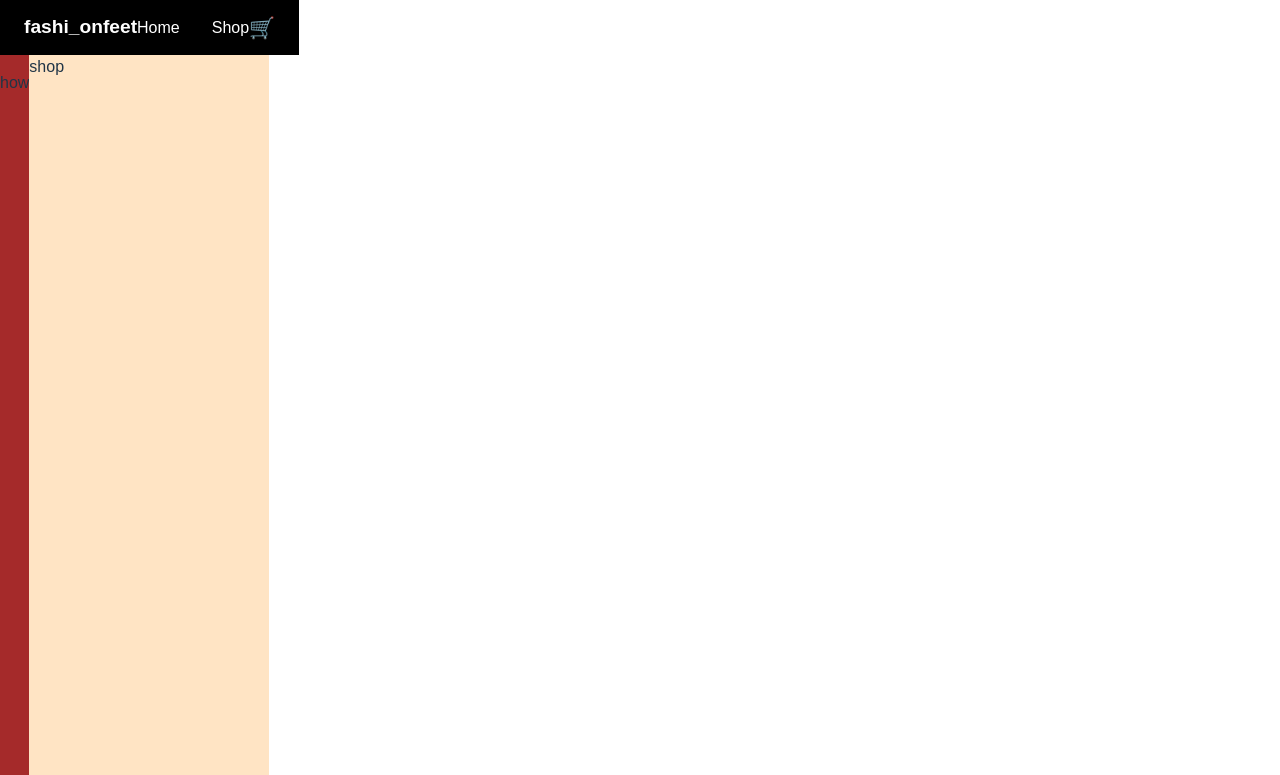
Repository: EphrahimLaanyu123/fashi_onfeet
Page: /shop
An editor plug-in stored every save of this project. The page is shown before and after the next save, followed by the edit.
The browser window is 1280 px wide. The pictures show the whole page.
The project was rebuilt for these pictures with package versions that can differ from the ones it lists, and the page was loaded fresh each time. Also part of the build but not shown: vite.config.js, src/Home/Home.jsx, src/Home/components/Products.css, src/Home/components/Products.jsx, src/Shop/components/supabaseClient.js, src/Shop/components/AddForm.css, src/Shop/components/AddProductForm.jsx.

Above is the page before, as saved 2025-04-18 20:37:43.

After the next save:
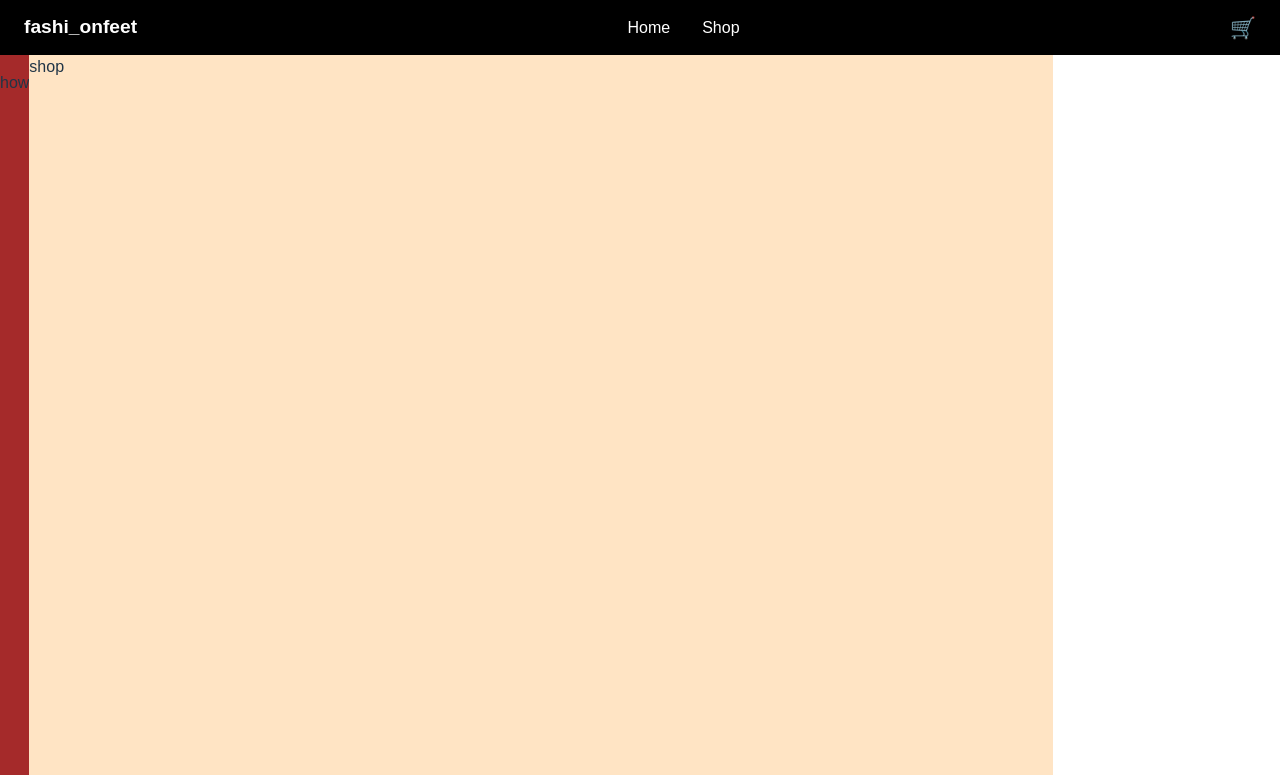
Saved 16 s later.
--- a/src/Shop/Shop.css
+++ b/src/Shop/Shop.css
@@ -4,7 +4,9 @@ body, html {
     padding: 0;
   }
 
-
+.shop_page {
+    width: 100vw;
+}
 
 .shop-container {
     display: flex;
